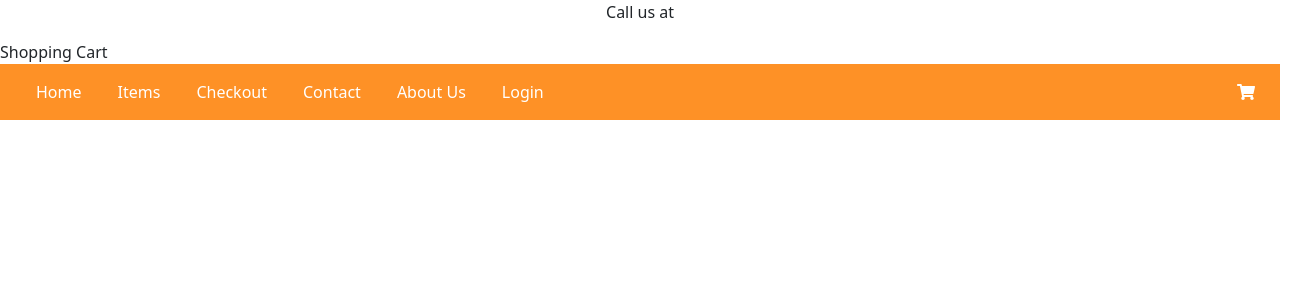
Repository: SaudCh/React-Ecommerce
Page: /login
An editor plug-in stored every save of this project. The page is shown before and after the next save, followed by the edit.
The browser window is 1280 px wide. The page is 1292 px wide, so the pictures cover 1292 px, including what lies to the right of the window. The pictures show the whole page.
The project was rebuilt for these pictures with package versions that can differ from the ones it lists, and the page was loaded fresh each time. Also part of the build but not shown: src/App.css.

Above is the page before, as saved 2021-12-05 12:32:33.

After the next save:
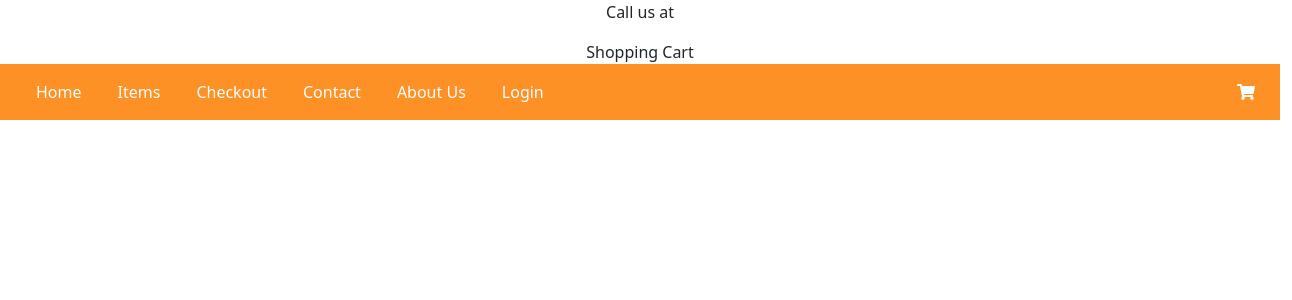
Saved 11 s later.
--- a/src/Header/Header.jsx
+++ b/src/Header/Header.jsx
@@ -12,8 +12,8 @@ export default function Header() {
           <div className="col-12 text-center">
             <p>Call us at </p>
           </div>
-          <div className="col-12">Shopping Cart</div>
-          <div className="col-12"></div>
+          <div className="col-12 text-center">Shopping Cart</div>
+          <div className="col-12 text-center"></div>
         </div>
       </nav>
       <nav
